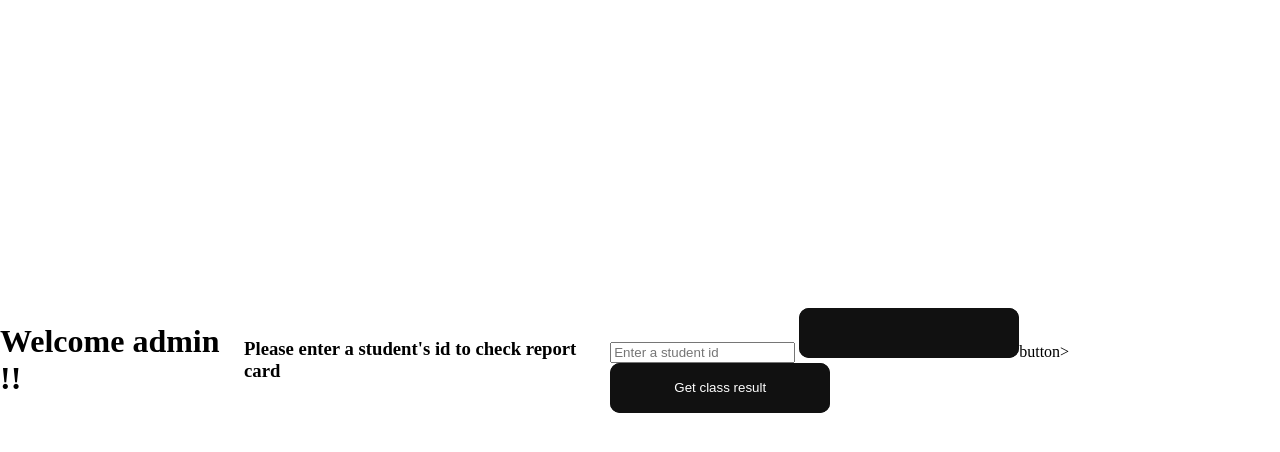
Repository: MriOj/OnlineExamPortal
Page: http://localhost/ExamPortal/admlogin.jsp
These files come from the project's save history. The page is drawn as it stood at one moment and after the next save; the edit follows.
The browser window is 1280 px wide. The pictures show the whole page.
The page is served by Tomcat 9. Other server files are loaded and not shown.

Above is the page before, as saved 2021-09-07 10:27:24.

### ExamPortal/src/main/webapp/admlogin.jsp
<%@ page language="java" contentType="text/html; charset=ISO-8859-1"
    pageEncoding="ISO-8859-1"%>
<!DOCTYPE html>
<html>
<head>
<meta charset="ISO-8859-1">
<title>Admin</title>
<style>
.center {
position: absolute;
left: 50%;
top: 50%;
transform: translate(-50%, -50%);
color:white;
padding: 20px;
}
html,
body {
    margin: 0;
    padding: 0;
    width: 100%;
    height: 100vh;
    display: flex;
    flex-direction: row;
    justify-content: center;
    align-items: center;
    background: white;

}

.glow-on-hover {
    width: 220px;
    height: 50px;
    border: none;
    outline: none;
    color: #fff;
    background: #111;
    cursor: pointer;
    position: relative;
    z-index: 0;
    border-radius: 10px;
}

.glow-on-hover:before {
    content: '';
    background: linear-gradient(45deg, #ff0000, #ff7300, #fffb00, #48ff00, #00ffd5, #002bff, #7a00ff, #ff00c8, #ff0000);
    position: absolute;
    top: -2px;
    left:-2px;
    background-size: 400%;
    z-index: -1;
    filter: blur(5px);
    width: calc(100% + 4px);
    height: calc(100% + 4px);
    animation: glowing 20s linear infinite;
    opacity: 0;
    transition: opacity .3s ease-in-out;
    border-radius: 10px;
}

.glow-on-hover:active {
    color: #000
}

.glow-on-hover:active:after {
    background: transparent;
}

.glow-on-hover:hover:before {
    opacity: 1;
}

.glow-on-hover:after {
    z-index: -1;
    content: '';
    position: absolute;
    width: 100%;
    height: 100%;
    background: #111;
    left: 0;
    top: 0;
    border-radius: 10px;
}

@keyframes glowing {
    0% { background-position: 0 0; }
    50% { background-position: 400% 0; }
    100% { background-position: 0 0; }
}
</style>
</head>
<body>


  <h1>Welcome admin !!</h1> <br>
  <h3> Please enter a student's id to check report card </h3>
  <form action="reportcard" method="post">
  <input type="number" placeholder="Enter a student id" name="userid">
  <button type="submit" class="glow-on-hover" value="Get results"></button>button>
  <button class="glow-on-hover" type="button" onclick="classresult()" >Get class result</button>

  </form>


</body>
</html>

After the next save:
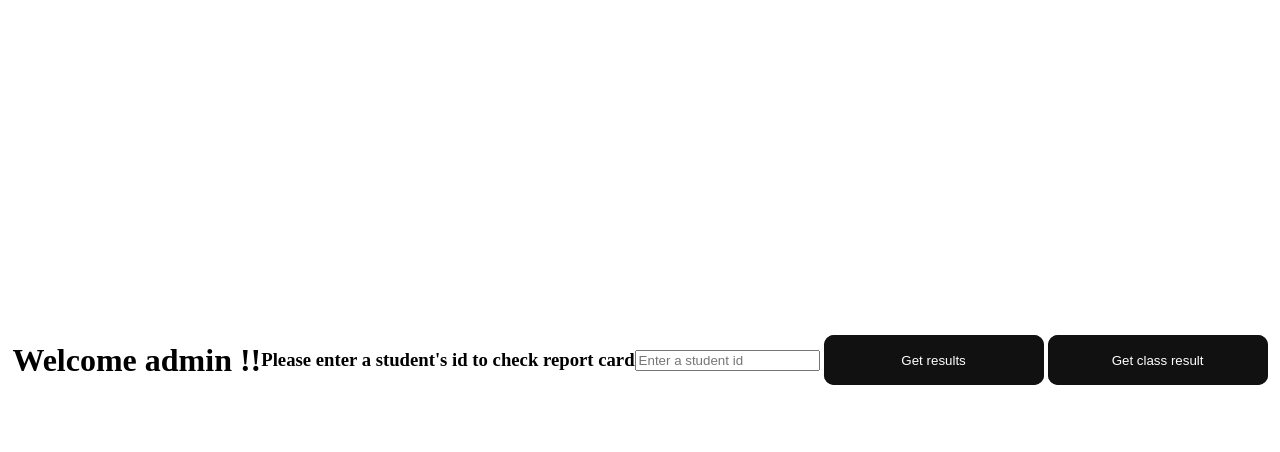
Saved 16 s later.
--- a/ExamPortal/src/main/webapp/admlogin.jsp
+++ b/ExamPortal/src/main/webapp/admlogin.jsp
@@ -96,7 +96,7 @@ body {
   <h3> Please enter a student's id to check report card </h3>
   <form action="reportcard" method="post">
   <input type="number" placeholder="Enter a student id" name="userid">
-  <button type="submit" class="glow-on-hover" value="Get results"></button>button>
+  <button type="submit" class="glow-on-hover" >Get results</button>
   <button class="glow-on-hover" type="button" onclick="classresult()" >Get class result</button>
 
   </form>
